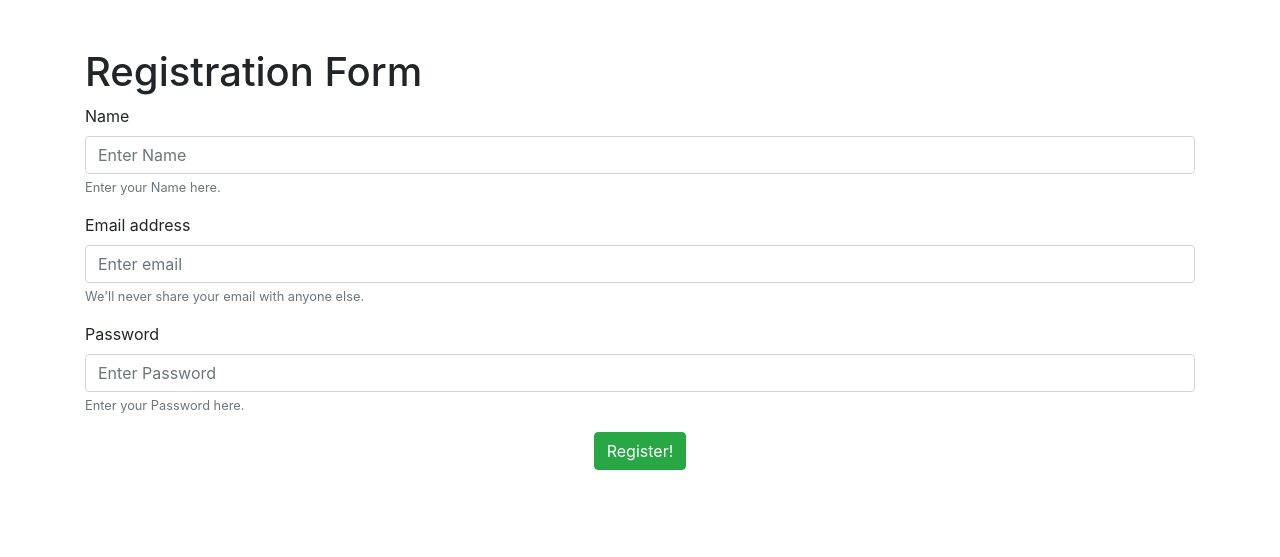
Repository: high-in-entropy/SpringFramework
Page: http://localhost/springmvc/WEB-INF/views/register.jsp
An editor plug-in stored every save of this project. The page is shown before and after the next save, followed by the edit.
The browser window is 1280 px wide. The pictures show the whole page.
Some web libraries are served in a nearby version. The page is served by Tomcat 9. Nobody is signed in. The template is opened directly, without the code that normally fills it, so the values that code supplies are empty.

Above is the page before, as saved 2021-08-24 05:43:40.

After the next save:
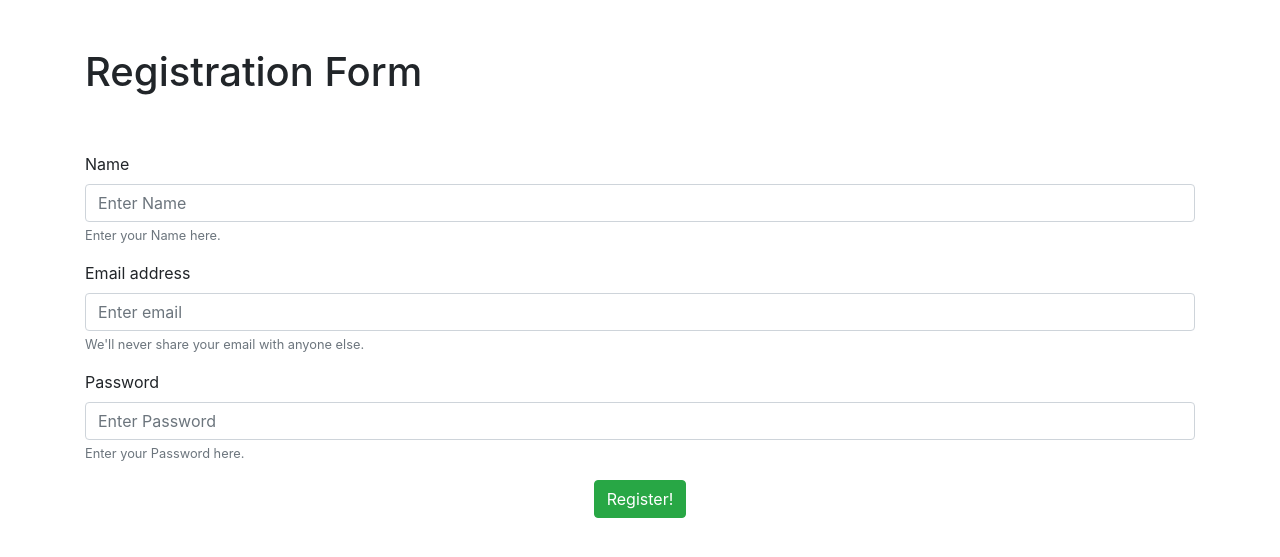
Saved 13 s later.
--- a/springmvc/src/main/webapp/WEB-INF/views/register.jsp
+++ b/springmvc/src/main/webapp/WEB-INF/views/register.jsp
@@ -15,7 +15,7 @@
   <body>
 
    <div class="container mt-5">
-   <h1>Registration Form</h1>
+   <h1>Registration Form</h1><br><br>
    <form>
    		<div class="form-group">
    			<label for="userName">Name</label>
